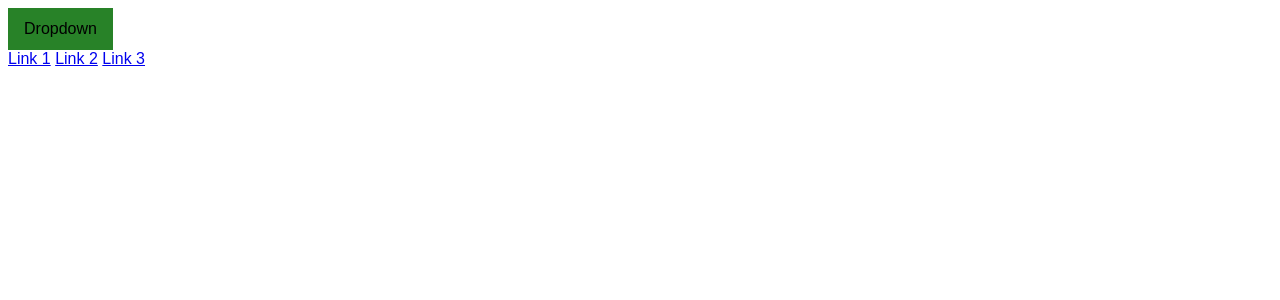
Repository: nvngon2604/Git
Page: web/index.html
The author's editor kept a copy of each file at every save. The page is drawn from the files as they stood at one save, then again after the next save.
The browser window is 1280 px wide. The pictures show the whole page.
The pointer rests on the first visible `.dropdown button`.

Above is the page before, as saved 2020-05-10 17:28:49.

### web/index.html
<!DOCTYPE html>
<html lang="en">
<head>
    <meta charset="UTF-8">
    <meta name="viewport" content="width=device-width, initial-scale=1.0">
    <title>Document</title>
    <style>
        * {
            font-family: sans-serif;
        }
        .dropdown {
            position: relative;
        }
        .dropbtn {
            background-color: rgb(64, 218, 64);
            border: none;
            padding: 12px 16px;
            font-size: 16px;
        }
        .dropdown button:hover {
            background-color: rgb(40, 130, 40);
        }
    </style>
</head>
<body>
    <div class="dropdown">
        <div>
            <button type="button" class="dropbtn">Dropdown</button>
        </div>
        <div class="dropdown-content">
            <a href="#">Link 1</a>
            <a href="#">Link 2</a>
            <a href="#">Link 3</a>
        </div>
    </div>
</body>
</html>

After the next save:
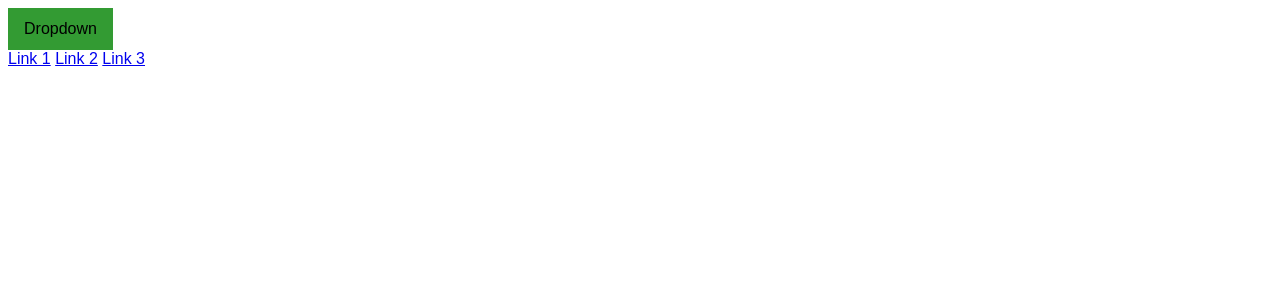
Saved 7 s later.
--- a/web/index.html
+++ b/web/index.html
@@ -18,7 +18,7 @@
             font-size: 16px;
         }
         .dropdown button:hover {
-            background-color: rgb(40, 130, 40);
+            background-color: rgb(51, 155, 51);
         }
     </style>
 </head>
